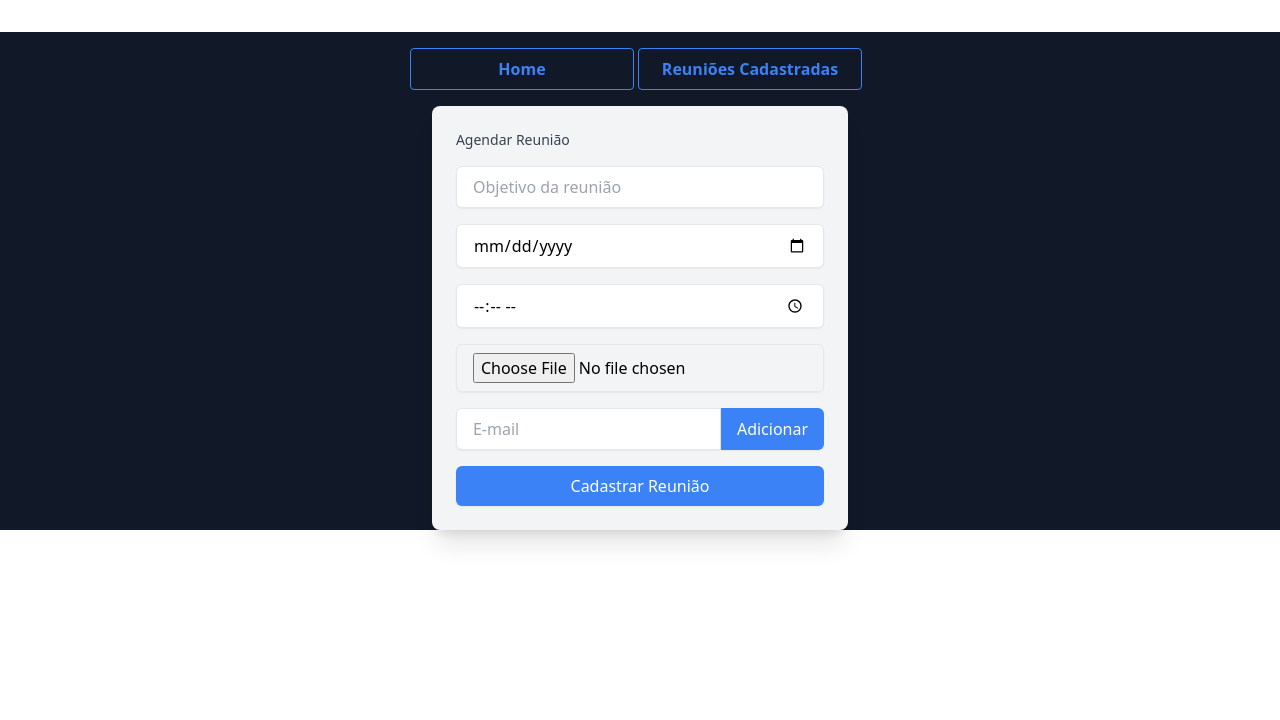
Repository: TamiBeira/meeting
Page: /form
An editor plug-in stored every save of this project. The page is shown before and after the next save, followed by the edit.
The browser window is 1280 px wide. The pictures show the whole page.
The project was rebuilt for these pictures with package versions that can differ from the ones it lists, and the page was loaded fresh each time. Also part of the build but not shown: vite.config.ts, src/contexts/MeetingsContext.tsx, src/components/MeetingsView.tsx, src/components/HomePage.tsx.

Above is the page before, as saved 2024-02-27 00:09:37.

After the next save:
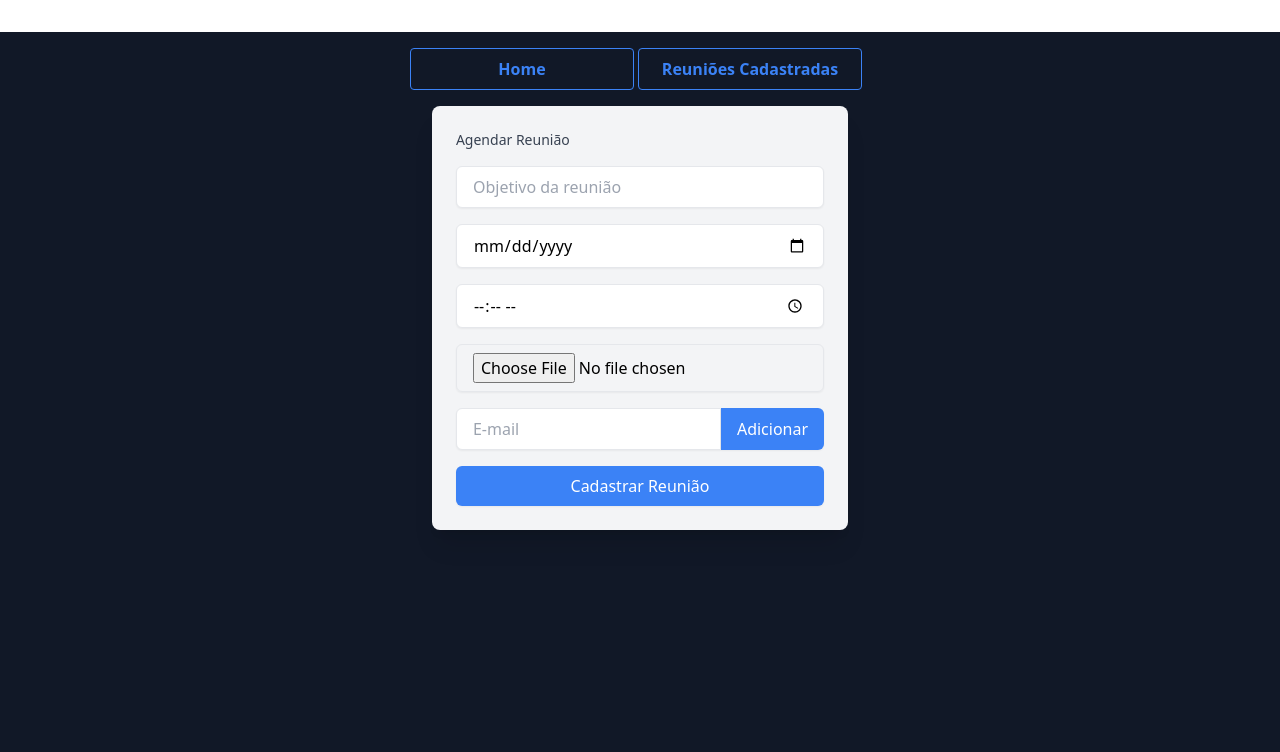
Saved 35 s later.
--- a/src/components/Form.tsx
+++ b/src/components/Form.tsx
@@ -20,7 +20,7 @@ export const Form = () => {
   } = useFormContext();
 
   return (
-    <main className="flex flex-col items-center mt-8 bg-gray-900 w-full">
+<main className="flex flex-col items-center mt-8 bg-gray-900 w-full h-screen">
       <div className="mt-4 mb-4">
         <Link to="/" className="w-56 mr-1 inline-block text-center border border-solid border-blue-500 text-blue-500 font-bold px-4 py-2 rounded">Home</Link>
         <Link to="/meetings" className="w-56 inline-block text-center border border-solid border-blue-500 text-blue-500 font-bold mr-2 px-4 py-2 rounded">Reuniões Cadastradas</Link>
